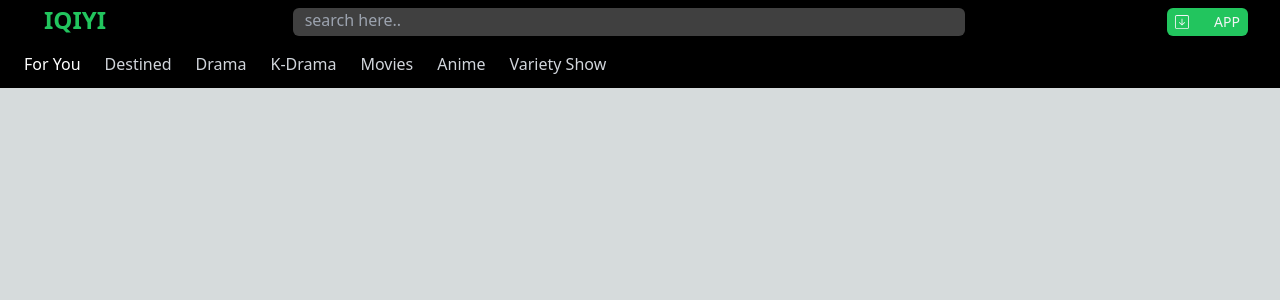
Repository: cozocozy/iqiyi-clone
Page: /
An editor plug-in stored every save of this project. The page is shown before and after the next save, followed by the edit.
The browser window is 1280 px wide. The pictures show the whole page.
The project was rebuilt for these pictures with package versions that can differ from the ones it lists, and the page was loaded fresh each time. The framework's server and built-in components were replaced by stand-ins that run in the browser. Also part of the build but not shown: next.config.js.

Above is the page before, as saved 2023-07-16 10:45:01.

### pages/index.tsx
import Head from "next/head";
import Header from "./components/Header";

export default function Home() {
  return (
    <main>
      <Head>
        <title>IQIYI - watch Asian drama shows anime movie free online</title>
        <meta name="description" content="CLONE OF IQIYI WEBSITE" />
      </Head>
      <Header />
    </main>
  );
}

### styles/globals.css
@tailwind base;
@tailwind components;
@tailwind utilities;

:root {
  --foreground-rgb: 0, 0, 0;
  --background-start-rgb: 214, 219, 220;
  --background-end-rgb: 255, 255, 255;
}

@media (prefers-color-scheme: dark) {
  :root {
    --foreground-rgb: 255, 255, 255;
    --background-start-rgb: 0, 0, 0;
    --background-end-rgb: 0, 0, 0;
  }
}
.container-snap::-webkit-scrollbar {
  display: none;
}

body {
  color: rgb(var(--foreground-rgb));
  background: linear-gradient(to bottom, transparent, rgb(var(--background-end-rgb))) rgb(var(--background-start-rgb));
}

@layer components {
  .pages {
    @apply hover:text-green-500;
  }
}

### pages/components/Header.tsx
import React from "react";
import { BsArrowDownSquare, BsSearch } from "react-icons/bs";
import { AiOutlineMenu } from "react-icons/ai";
import Link from "next/link";
type Props = {};

function Header({}: Props) {
  return (
    <div className="fixed top-0 z-50 bg-black w-full">
      <div className="flex justify-between items-center py-1 ">
        {/* left part */}
        <div className="flex ml-4 mx-3 lg:hidden">
          <AiOutlineMenu size={20} className="mt-2" />
          <h3 className="text-2xl text-green-500 font-bold ml-2 ">IQIYI</h3>
        </div>

        {/* middle part */}
        <div className="flex justify-center items-center w-full mt-1 ">
          <input className="rounded rounded-md bg-neutral-700 w-full max-w-2xl pl-3 pb-1" placeholder="search here.." autoComplete="off"></input>
          <button className="">
            <BsSearch />
          </button>
        </div>
        {/* middle part */}
        <button className="flex flex-row mr-8 p-2 mt-1 rounded rounded-md w-24 h-7 justify-between mx-3 bg-green-500 text-gray-100 items-center">
          <div>
            <BsArrowDownSquare size={14} />
          </div>
          <p className="text-sm">APP</p>
        </button>
      </div>
      <div className="flex flex-row  p-3 overflow-x-auto container-snap whitespace-nowrap space-x-6 ml-3 text-gray-300">
        <Link href="#" className="text-white pages">
          For You
        </Link>
        <Link href="#" className=" pages">
          Destined
        </Link>
        <Link href="#" className=" pages">
          Drama
        </Link>
        <Link href="#" className=" pages">
          K-Drama
        </Link>
        <Link href="#" className=" pages">
          Movies
        </Link>
        <Link href="#" className=" pages">
          Anime
        </Link>
        <Link href="#" className=" pages">
          Variety Show
        </Link>
      </div>
    </div>
  );
}

export default Header;

### tailwind.config.js
/** @type {import('tailwindcss').Config} */
module.exports = {
  content: ["./pages/**/*.{js,ts,jsx,tsx,mdx}", "./components/**/*.{js,ts,jsx,tsx,mdx}", "./app/**/*.{js,ts,jsx,tsx,mdx}"],
  theme: {
    extend: {
      backgroundImage: {
        "gradient-radial": "radial-gradient(var(--tw-gradient-stops))",
        "gradient-conic": "conic-gradient(from 180deg at 50% 50%, var(--tw-gradient-stops))",
      },
    },
    screens: {
      tablet: "<-640px",
      // => @media (min-width: 640px) { ... }

      laptop: "1024px",
      // => @media (min-width: 1024px) { ... }

      desktop: "1280px",
      // => @media (min-width: 1280px) { ... }
    },
  },
  plugins: [],
};

Loaded but not shown: pages/_app.tsx (common file); pages/_document.tsx (common file)

After the next save:
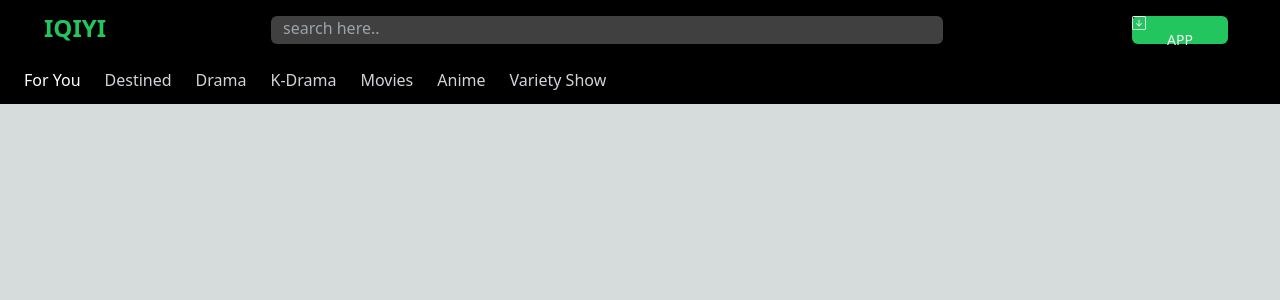
Saved 29 s later.
--- a/pages/components/Header.tsx
+++ b/pages/components/Header.tsx
@@ -22,12 +22,14 @@
           </button>
         </div>
         {/* middle part */}
-        <button className="flex flex-row mr-8 p-2 mt-1 rounded rounded-md w-24 h-7 justify-between mx-3 bg-green-500 text-gray-100 items-center">
-          <div>
-            <BsArrowDownSquare size={14} />
-          </div>
-          <p className="text-sm">APP</p>
-        </button>
+        <div className="flex flex-row mr-8 p-2 mt-1">
+          <button className=" rounded rounded-md w-24 h-7 justify-between mx-3 bg-green-500 text-gray-100 items-center">
+            <div>
+              <BsArrowDownSquare size={14} />
+            </div>
+            <p className="text-sm">APP</p>
+          </button>
+        </div>
       </div>
       <div className="flex flex-row  p-3 overflow-x-auto container-snap whitespace-nowrap space-x-6 ml-3 text-gray-300">
         <Link href="#" className="text-white pages">

After the 3 saves that followed:
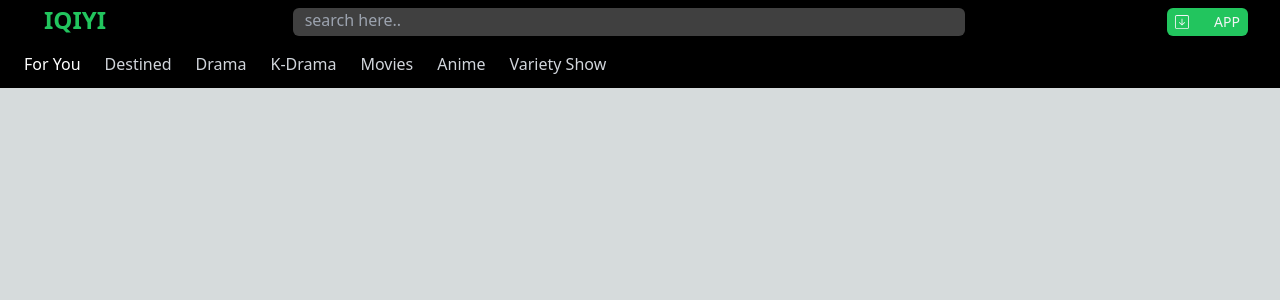
The 3 saves are shown as one change because 1 left the picture as it was and some came seconds apart.
The last was saved 36 s later.
--- a/pages/components/Header.tsx
+++ b/pages/components/Header.tsx
@@ -22,14 +22,12 @@
           </button>
         </div>
         {/* middle part */}
-        <div className="flex flex-row mr-8 p-2 mt-1">
-          <button className=" rounded rounded-md w-24 h-7 justify-between mx-3 bg-green-500 text-gray-100 items-center">
-            <div>
-              <BsArrowDownSquare size={14} />
-            </div>
-            <p className="text-sm">APP</p>
-          </button>
-        </div>
+        <button className="flex flex-row mr-8 p-2 mt-1 rounded rounded-md w-24 h-7 justify-between mx-3 bg-green-500 text-gray-100 items-center">
+          <div className="">
+            <BsArrowDownSquare size={14} />
+          </div>
+          <p className="text-sm">APP</p>
+        </button>
       </div>
       <div className="flex flex-row  p-3 overflow-x-auto container-snap whitespace-nowrap space-x-6 ml-3 text-gray-300">
         <Link href="#" className="text-white pages">
